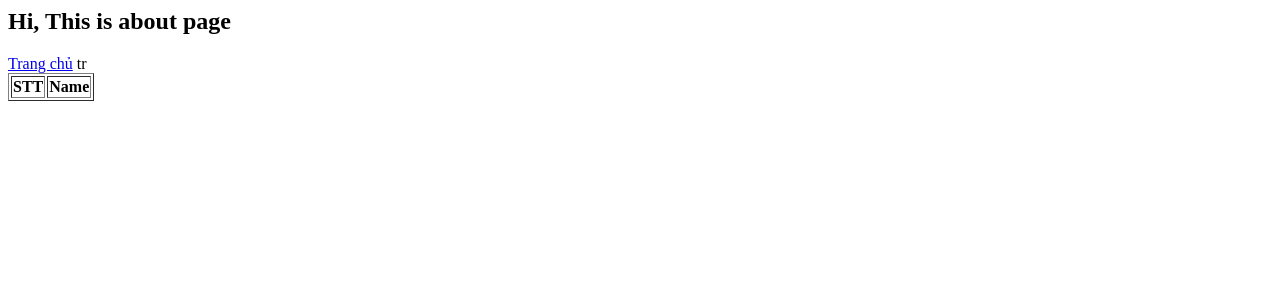
Repository: Tranghii/HTML-CSS
Page: HTML&CSS/about.html
The author's editor kept a copy of each file at every save. The page is drawn from the files as they stood at one save, then again after a run of saves.
The browser window is 1280 px wide. The pictures show the whole page.

Above is the page before, as saved 2025-10-11 16:33:24.

### HTML&CSS/about.html
<h2>Hi, This is about page</h2>
<a href="index.html">Trang chủ</a>

<table border="1">
    <thead>
        <tr>
            <th>STT</th>
            <th>Name</th>
        </tr>
    </thead>
    <tbody>
        tr
    </tbody>
</table>

After the next 7 saves:
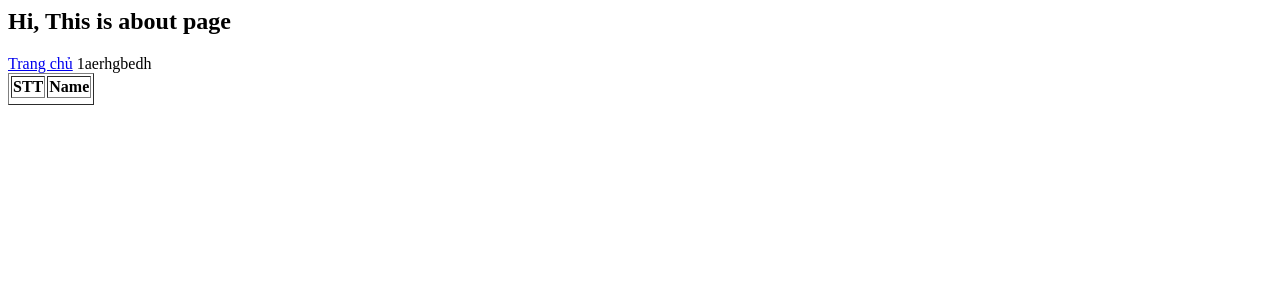
The 7 saves are shown as one change because they came seconds apart.
The last was saved 20 s later.
--- a/HTML&CSS/about.html
+++ b/HTML&CSS/about.html
@@ -9,6 +9,13 @@
         </tr>
     </thead>
     <tbody>
-        tr
+        <tr>
+            <tb>1</tb>
+            <tb>aerhgbedh</tb>
+        </tr>
+        <tr>
+            <tb></tb>
+            <tb></tb>
+        </tr>
     </tbody>
 </table>
